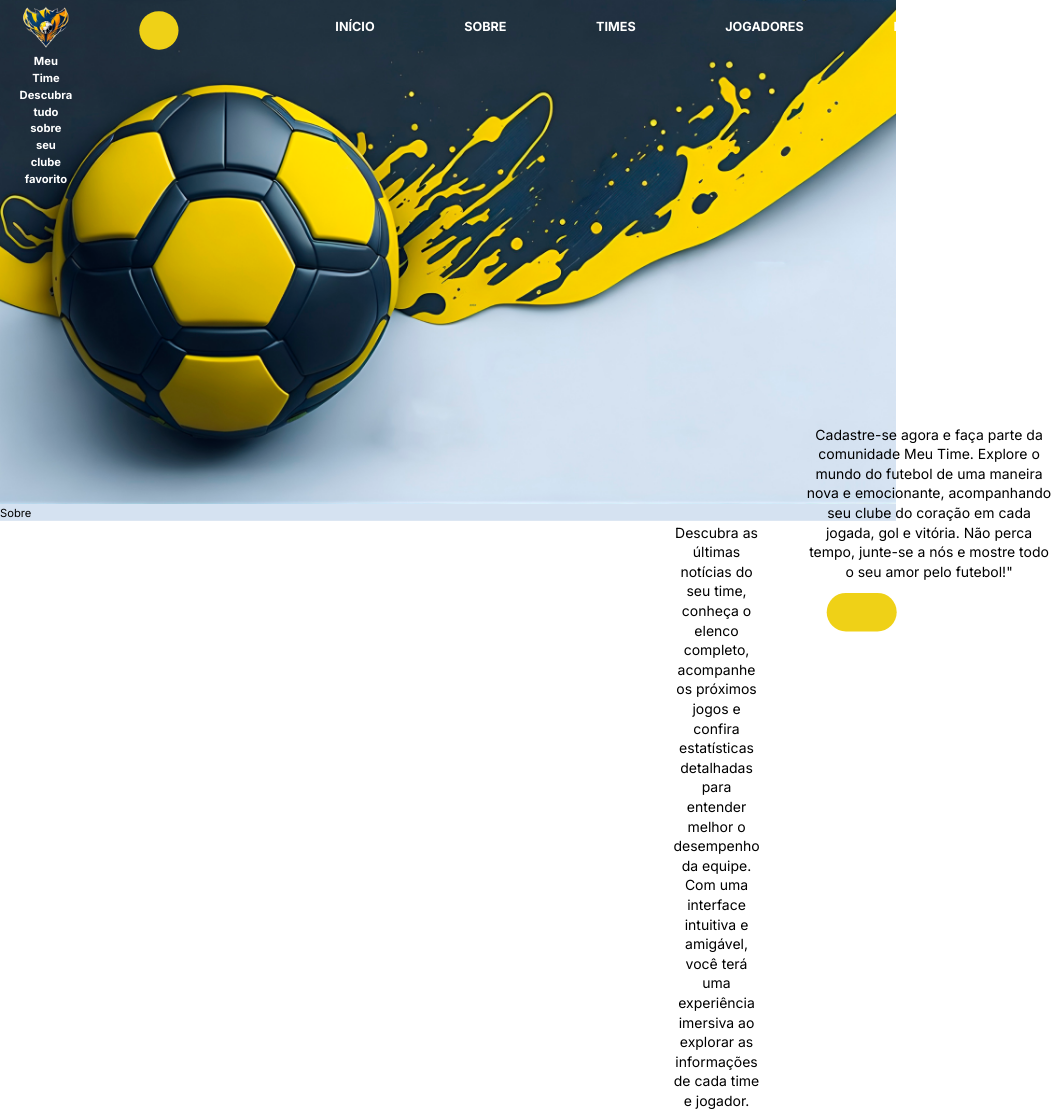
Repository: LuizAGDomingues/MeuTimeApp
Page: /
The author's editor kept a copy of each file at every save. The page is drawn from the files as they stood at one save, then again after a run of saves.
The browser window is 1280 px wide. The page is 1505 px wide, so the pictures cover 1505 px, including what lies to the right of the window. The pictures show the whole page, at 70% of full size.
The project was rebuilt for these pictures with package versions that can differ from the ones it lists, and the page was loaded fresh each time. The framework's server and built-in components were replaced by stand-ins that run in the browser. Also part of the build but not shown: next.config.js.

Above is the page before, as saved 2023-05-22 13:58:02.

### src/app/layout.tsx
import './globals.css'
import { Inter } from 'next/font/google'

const inter = Inter({ subsets: ['latin'] })

export const metadata = {
  title: 'Trade test - Football API',
  description: 'Test para vaga front-end da Trade Technology',
}

export default function RootLayout({
  children,
}: {
  children: React.ReactNode
}) {
  return (
    <html lang="pt-br">
      <body className={inter.className}>{children}</body>
    </html>
  )
}

### src/app/page.tsx
import Header from "@/components/Header";
import LoginDialog from "@/components/LoginDialog";

export default function Home() {
  return (
    <>
      <main className="w-full h-screen">
        <Header />
        <div className="flex">
          <p className="text-xl text-center w-[410px] ml-[962px] mt-[480px]">Descubra as últimas notícias do seu time, conheça o elenco completo, acompanhe os próximos jogos e confira estatísticas detalhadas para entender melhor o desempenho da equipe. Com uma interface intuitiva e amigável, você terá uma experiência imersiva ao explorar as informações de cada time e jogador.</p>
          <div className="flex flex-col">
            <p className="text-xl text-center w-[356px] ml-16 mt-[340px]">Cadastre-se agora e faça parte da comunidade Meu Time. Explore o mundo do futebol de uma maneira nova e emocionante, acompanhando seu clube do coração em cada jogada, gol e vitória. Não perca tempo, junte-se a nós e mostre todo o seu amor pelo futebol!"</p>
            <LoginDialog />
          </div>
        </div>
      </main>
      <section id="sobre" className="bg-[#d5e2f1]">
        Sobre
      </section>
    </>
  )
}

### src/app/globals.css
@tailwind base;
@tailwind components;
@tailwind utilities;

main {
  background-image: url('../assets/background.png');
  background-size: cover;
  background-repeat: no-repeat;
}

### src/components/Header.tsx
import React from 'react'
import LoginDialog from './LoginDialog'
import logo from '../assets/logo.png'
import Image from 'next/image'
import NavigationElement from './NavigationElement'

function Header() {
  return (
    <div className='flex'>
      <div className='flex flex-col items-center ml-7'>
        <Image src={logo} alt='Logo exemplo'/>
        <span className='text-white font-bold text-center'>Meu Time<br/>Descubra tudo sobre seu clube favorito</span>
      </div>
      <LoginDialog />
      <div className='flex justify-between gap-32 mt-6 h-7'>
        <NavigationElement href='/' text='Início' />
        <NavigationElement href='/#sobre' text='Sobre' />
        <NavigationElement href='/times' text='Times' />
        <NavigationElement href='/jogadores' text='Jogadores' />
        <NavigationElement href='/estatisticas' text='Estatísticas' />
      </div>

    </div>
  )
}

export default Header

### src/components/LoginDialog.tsx
import React from 'react'

interface LoginDialogProps {
  className?: string,
  text: string
}

function LoginDialog(props: LoginDialogProps) {
  return (
    <button className={`bg-[#EFD117] rounded-full h-[55px] mt-4 ml-24 mr-56 px-7 py-2 text-black font-bold text-xl ${props.className}`}>{props.text}</button>
  )
}

export default LoginDialog

### src/components/NavigationElement.tsx
import Link from 'next/link'
import React from 'react'

interface NavigationElementProps {
  href: string;
  text: string;
}

export default function NavigationElement(props: NavigationElementProps) {
  return (
    <Link href={props.href} className='font-bold text-lg text-white uppercase hover:text-[#EFD117] transition-all'>{props.text}</Link>
  )
}

Loaded but not shown: tailwind.config.js (common file)

After the next 2 saves:
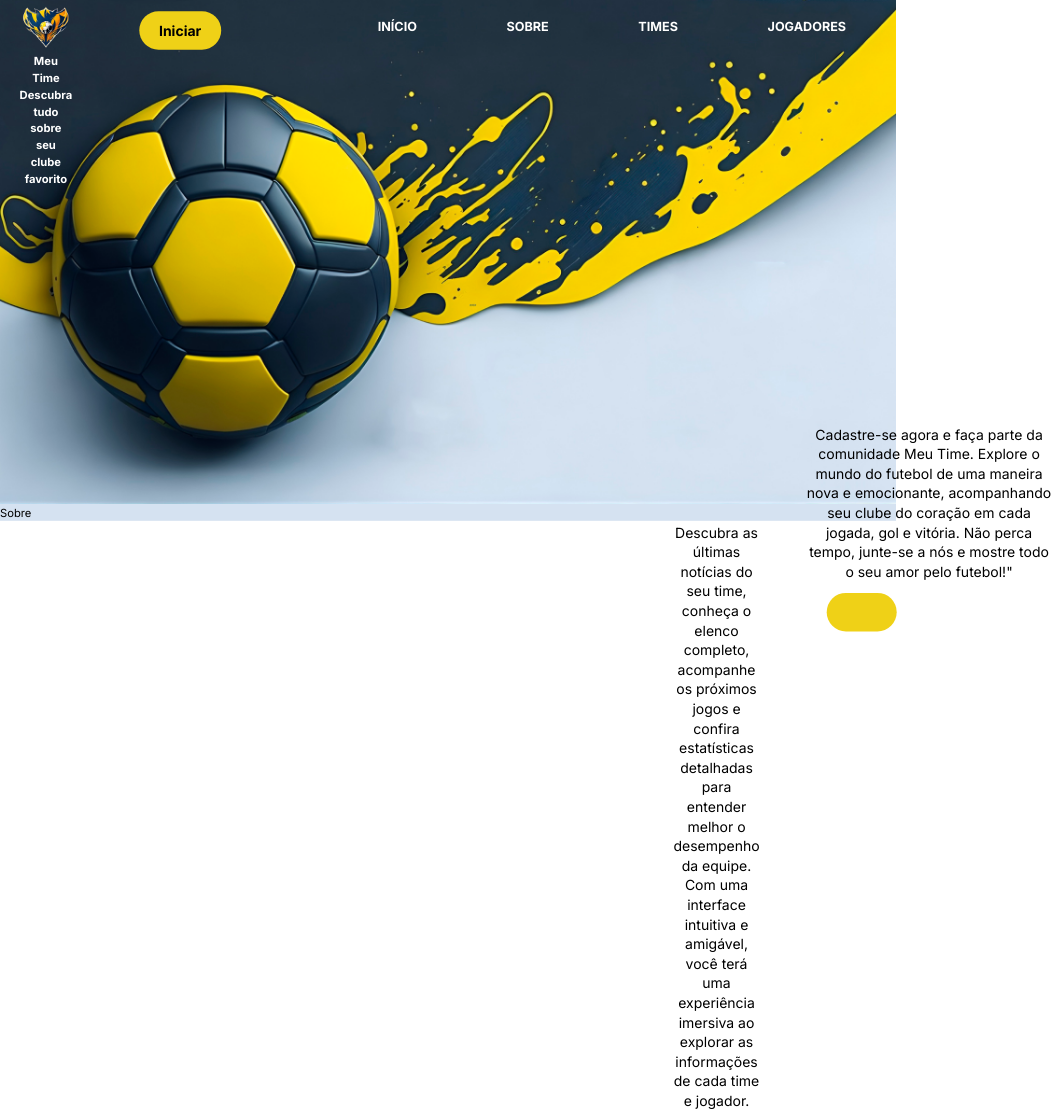
The 2 saves are shown as one change because they came seconds apart.
The last was saved 18 s later.
--- a/src/components/Header.tsx
+++ b/src/components/Header.tsx
@@ -11,7 +11,7 @@
         <Image src={logo} alt='Logo exemplo'/>
         <span className='text-white font-bold text-center'>Meu Time<br/>Descubra tudo sobre seu clube favorito</span>
       </div>
-      <LoginDialog />
+      <LoginDialog text='Iniciar' />
       <div className='flex justify-between gap-32 mt-6 h-7'>
         <NavigationElement href='/' text='Início' />
         <NavigationElement href='/#sobre' text='Sobre' />
